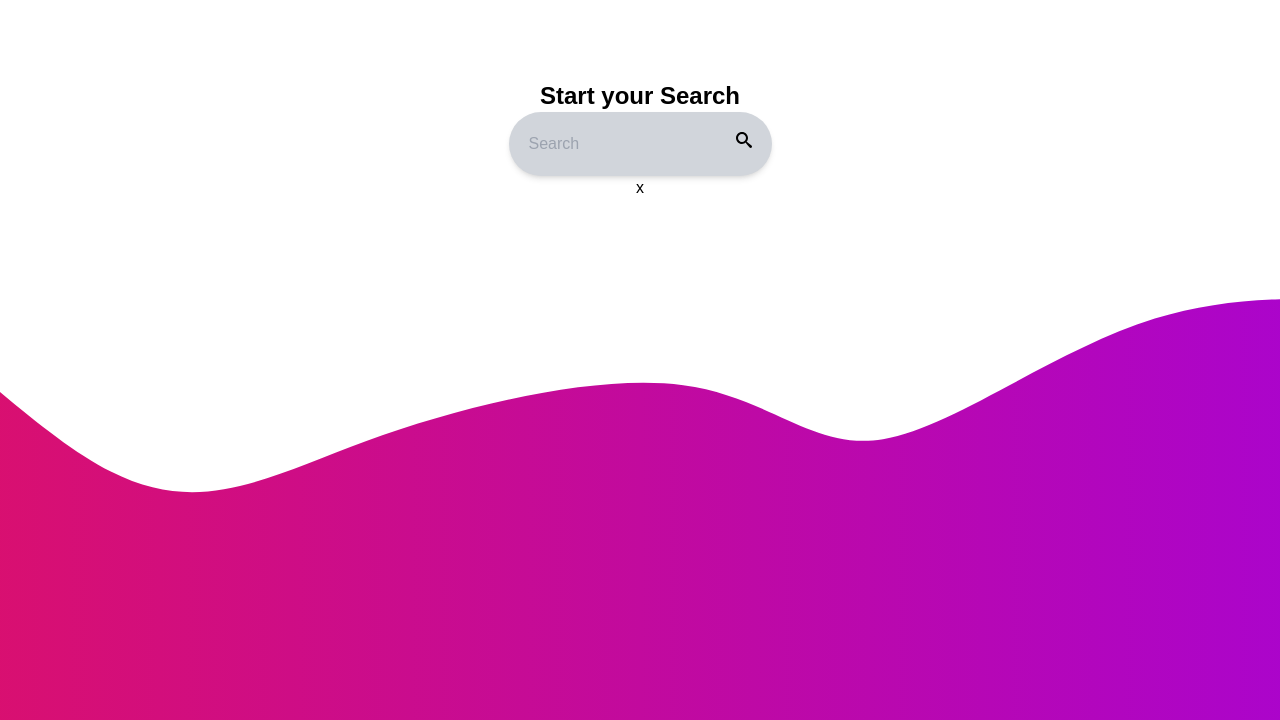
Repository: evergreenx/dictionary-octo
Page: /
These files come from the project's save history. The page is drawn as it stood at one moment and after the next save; the edit follows.
The browser window is 1280 px wide. The pictures show the whole page.
The project was rebuilt for these pictures with package versions that can differ from the ones it lists, and the page was loaded fresh each time. The framework's server and built-in components were replaced by stand-ins that run in the browser. Also part of the build but not shown: next.config.js.

Above is the page before, as saved 2022-04-30 14:55:30.

### pages/index.js
import Head from "next/head";
import Image from "next/image";
import bgimage from "../public/bg.svg";

import { ImSearch } from "react-icons/im";

export default function Home() {
  return (
    <div>
      <Head>
        <title>Create Next App</title>
        <meta name="description" content="Generated by create next app" />
        <link rel="icon" href="/favicon.ico" />
      </Head>

      <main className=" flex flex-col justify-center items-center py-20">
        <div className="input--container">
          <h1 className="text-2xl font-bold text-center">Start your Search</h1>

          <div className="flex bg-gray-300 shadow-md rounded-full p-5 ">
            <input
              className="input--text bg-gray-300"
              type="text"
              placeholder="Search"
            />

            <ImSearch />
          </div>
        </div>
        x{" "}
      </main>
    </div>
  );
}

### styles/globals.css
@tailwind base;
@tailwind components;
@tailwind utilities;

@import url("https://fonts.googleapis.com/css2?family=Quicksand&display=swap");

body {
  padding: 0;
  margin: 0;
  font-family: "Quicksand", sans-serif;
  background-image: url("../public/bg.svg");
  background-repeat: no-repeat;
  background-size: cover;
  background-position: bottom;
  height: 100vh;
  font-family: 'Quicksand', sans-serif;
}

a {
  color: inherit;
  text-decoration: none;
}

* {
  box-sizing: border-box;
}

Loaded but not shown: pages/_app.js (common file); tailwind.config.js (common file)

After the next save:
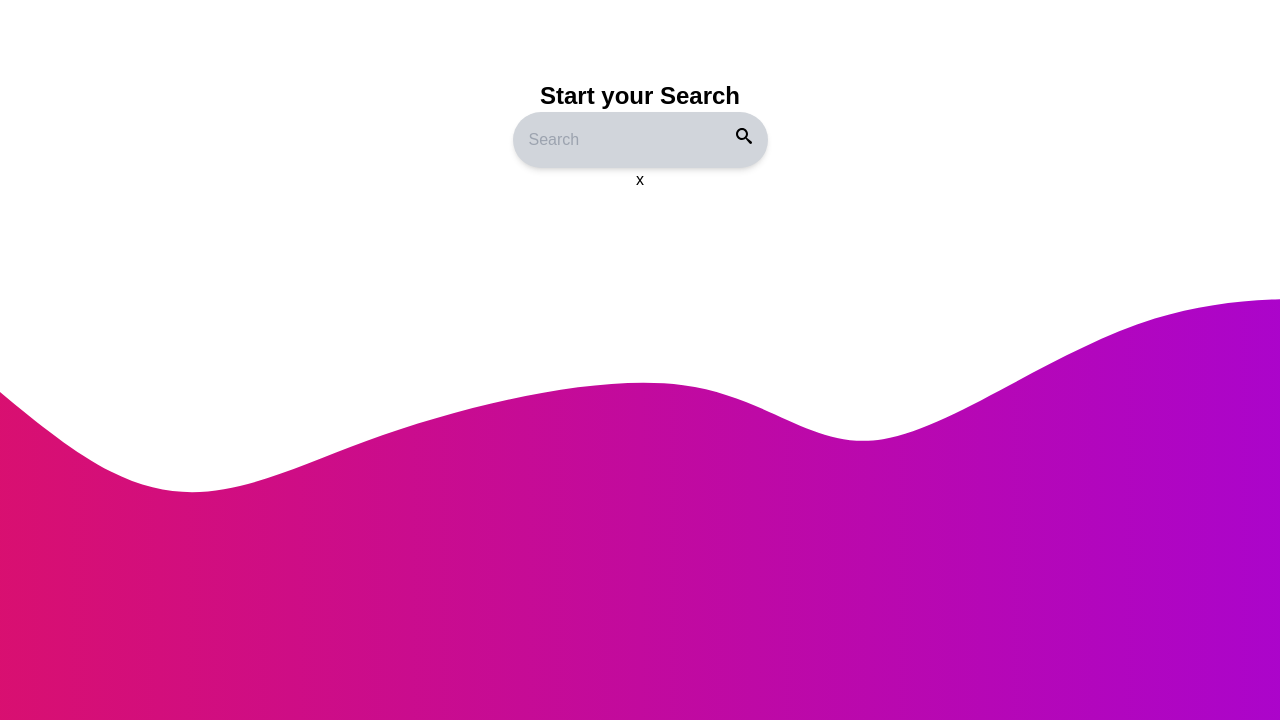
Saved 4 s later.
--- a/pages/index.js
+++ b/pages/index.js
@@ -17,7 +17,7 @@ export default function Home() {
         <div className="input--container">
           <h1 className="text-2xl font-bold text-center">Start your Search</h1>
 
-          <div className="flex bg-gray-300 shadow-md rounded-full p-5 ">
+          <div className="flex bg-gray-300 shadow-md rounded-full p-4 ">
             <input
               className="input--text bg-gray-300"
               type="text"
